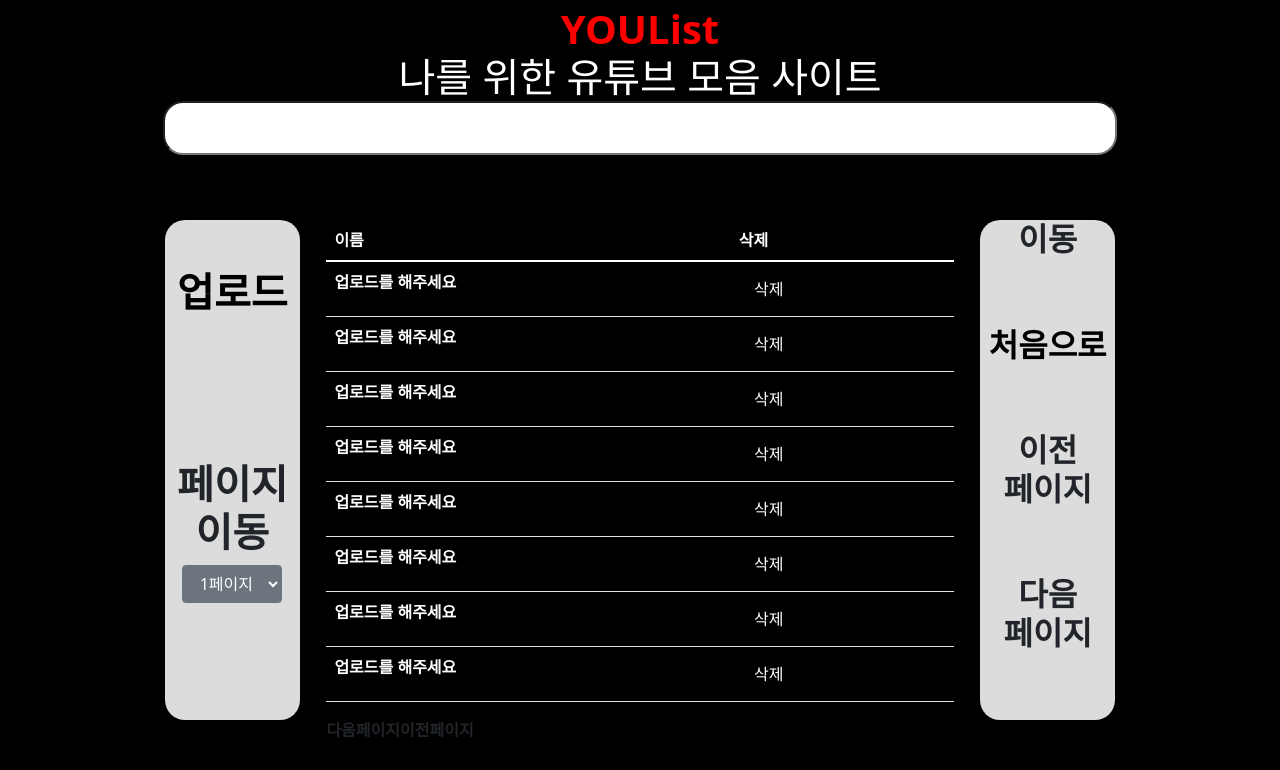
Repository: sojihwan/YouList
Page: / (app in youlist/)
The author's editor kept a copy of each file at every save. The page is drawn from the files as they stood at one save, then again after a run of saves.
The browser window is 1280 px wide. The pictures show the whole page.
The project was rebuilt for these pictures with package versions that can differ from the ones it lists, and the page was loaded fresh each time. Also part of the build but not shown: youlist/src/App.css, youlist/src/Body/View.js, youlist/src/Body/Uplode.js.

Above is the page before, as saved 2022-05-20 13:29:17.

### youlist/src/index.css
body {
  margin: 0;
  font-family: -apple-system, BlinkMacSystemFont, 'Segoe UI', 'Roboto', 'Oxygen',
    'Ubuntu', 'Cantarell', 'Fira Sans', 'Droid Sans', 'Helvetica Neue',
    sans-serif;
  -webkit-font-smoothing: antialiased;
  -moz-osx-font-smoothing: grayscale;
}

code {
  font-family: source-code-pro, Menlo, Monaco, Consolas, 'Courier New',
    monospace;
}

html{
  background-color: black;
}

### youlist/src/App.js
/* eslint-disable no-sequences */

import './App.css';
import 'bootstrap/dist/css/bootstrap.css';
import React,{useState} from 'react'
import { Route } from 'react-router';
import Header from './Header/Header'
import RightNav from './Nav/RightNav'
import Body from './Body/Body'
import View from './Body/View';
import LeftNav from './Nav//LeftNav'
import Uplode from './Body/Uplode';

function App() {
  const [value, setValue] = useState("");
  return (
    <div style={{backgroundColor:"black"}}>
      <Header></Header>
      <div style={{width:'70%',position:'absolute',top:'220',left:'15%'}}>
      <RightNav></RightNav>
      <Route path ="/View"  component={() => <View value={value}/>}/>
      <Route path ="/Uplode" component = {()=> <Uplode/>} />
      <LeftNav setValue={setValue}></LeftNav>
      <Route path ="/" component = {()=> <Body setValue={setValue}/>} exact/>
      </div>
    </div>
  );
}

export default App;

### youlist/src/Header/Header.js
import React,{useState} from 'react';
import 'bootstrap/dist/css/bootstrap.css';
import '../CSS/Div.css'

function Header (){
  const [Log, setLog] = useState('');
  const onChange = (e) => {
    setLog(e.target.value);
  };
  const handleKeyPress = e => {
    if(e.key === 'Enter') {
      setLog('');
    }
  }
    return(
      <header className='Headercss'>
        <h1 style={{textAlign:'center',color:"#ffffff"}}>
          <strong style={{color:"red"}}>YOUList</strong>
          <br/>나를 위한 유튜브 모음 사이트
          <br/>
          <input
            style={{width:"74.5%",textAlign:"center",borderRadius:"20PX"}}
            onKeyPress={handleKeyPress}
            name="select"
            onChange={onChange}
            value={Log}>
          </input>
          </h1>
      </header>
    )
  }

export default Header;

### youlist/src/Nav/RightNav.js
import React from 'react';
import 'bootstrap/dist/css/bootstrap.css';
import { Link } from 'react-router-dom';
import '../CSS/Div.css'
import '../CSS/Link.css'

function RightNav (){

  return(
    <nav className="RightNav">
      <h1 style={{textAlign:'center'}}>
        <br/>
        <Link to="/uplode"className="Link1">
        <strong>업로드</strong>
        </Link>
        <br/>
        <br/>
        <br/>
        <br/>
        <div>
          <b>페이지<br/>이동</b>
        <select className="btn btn-secondary dropdown-toggle"style={{textAlign:"center"}}>
          <option value={1}>1페이지</option>
          <option value={2}>2페이지</option>
          <option value={3}>3페이지</option>
          <option value={4}>4페이지</option>
        </select>
        </div>
        </h1>
    </nav>
  )
}
export default RightNav;

### youlist/src/Body/Body.js
import React, { useState } from 'react';
import 'bootstrap/dist/css/bootstrap.css';
import '../CSS/Div.css'
import '../CSS/Link.css'
import { Link } from 'react-router-dom';

export function Body(props) {

  let a = 0;
  let b = 1;
  let c = 2;
  let d = 3;
  let e = 4;
  let f = 5;
  let g = 6;
  let j = 7;
  const [lists, setLists] = useState([
        JSON.parse(localStorage.getItem(a)),
        JSON.parse(localStorage.getItem(b)),
        JSON.parse(localStorage.getItem(c)),
        JSON.parse(localStorage.getItem(d)),
        JSON.parse(localStorage.getItem(e)),
        JSON.parse(localStorage.getItem(f)),
        JSON.parse(localStorage.getItem(g)),
        JSON.parse(localStorage.getItem(j))
    ]);
   const [Pnum,setPNum] = useState(0);
    function beforepage(){
      if(Pnum===0 || Pnum<=0 ){
        setPNum(0)
        NaxtsetLists();
        alert('이전 페이지는 없습니다.')
        return 0;
      }
      for(let addnum=0;addnum<=Pnum-2; addnum++){
        a = a + 8;
        b = b + 8;
        c = c + 8;
        d = d + 8;
        e = e + 8;
        f = f + 8;
        g = g + 8;
        j = j + 8;
      }
      console.log(a)
      setPNum(Pnum-1)
      NaxtsetLists()
    }
    function NaxtsetLists(){
      setLists([
        JSON.parse(localStorage.getItem(a)),
        JSON.parse(localStorage.getItem(b)),
        JSON.parse(localStorage.getItem(c)),
        JSON.parse(localStorage.getItem(d)),
        JSON.parse(localStorage.getItem(e)),
        JSON.parse(localStorage.getItem(f)),
        JSON.parse(localStorage.getItem(g)),
        JSON.parse(localStorage.getItem(j))
      ]);
    }
    function nextpage(){
      setPNum(Pnum+1)
      for(let addnum=0;addnum<=Pnum; addnum++){
        a = a + 8;
        b = b + 8;
        c = c + 8;
        d = d + 8;
        e = e + 8;
        f = f + 8;
        g = g + 8;
        j = j + 8;
      }
      if(JSON.parse(localStorage.getItem(a))===null){
        alert("다음 페이지는 없습니다.");
        return 0;
      }
      console.log(a)
      NaxtsetLists()
    }

    const onRemomve = like => {
    var i = 0;
    var s
    for(i=0;i<=localStorage.length-1;i++){
      s = JSON.parse(localStorage.getItem(`${i}`));
      if(s.like === like){
        break;
      }
    }
    localStorage.removeItem(i);
  }

  return (
    <div className="Bodydiv">
      <table className="table table-striped" style={{ color: "#FFFFFF" }} name="list1" >
        <thead>
          <tr>
            <th>이름</th>
            <th>삭제</th>
          </tr>
        </thead>
        <tbody>
          {
            lists.map((item,index) => {
              return(
                <tr key={index}>
                  <td>
                    <Link to="/View" className="Link">
                      <b onClick={() =>{if(item != null){props.setValue(item.like)}}}>
                       {item===null ? '업로드를 해주세요' : item.title }
                      </b>
                    </Link>
                  </td>
                  <td><button className='btn btn-default' style={{color:'#FFFFFF',width:'60px'}} onClick={()=>{if(item !== null){onRemomve(item.like)}}}>삭제</button></td>
                </tr>
              );
            }
            )
          }
        </tbody>
      </table>

      <b onClick={nextpage}>다음</b>
      <b onClick={nextpage}>페이지</b>
      <b onClick={beforepage}>이전</b>
      <b onClick={beforepage}>페이지</b>
    </div>
  )
}

export default React.memo(Body);

### youlist/src/Nav/LeftNav.js
import React from 'react';
import 'bootstrap/dist/css/bootstrap.css';
import { Link } from 'react-router-dom';
import '../CSS/Div.css'
import '../CSS/Link.css'
import Body from '../Body/Body';

function LeftNav (props){

  return(
    <nav className="LeftNav">
      <h2 className='LeftH1'>
        <strong>이동</strong>
        <div className='LeftNavDiv'>
          <Link to="/"className="Link1"><b>처음으로</b></Link><br/>
        </div>
        <div className='LeftNavDiv'>
          <b onClick={Body.beforepage}>이전</b><br/>
          <b onClick={Body.beforepage}>페이지</b>
        </div>
        <div className='LeftNavDiv'>
          <b onClick={Body.nextpage}>다음</b><br/>
          <b onClick={Body.nextpage}>페이지</b>
        </div>
        </h2>
    </nav>
  )
}
export default LeftNav;

### youlist/src/CSS/Div.css
.Uplodediv{
  padding-left:7%;
  background:#000000;
  width:70%;
  height:550px;
  position:absolute;
  top:0px;
  left:20%;
  color:#FFFFFF
}
.Bodydiv{
  background:#000000;
  width:70%;
  height:550px;
  position:absolute;
  left:15%;
  top:0px;
}
.DIVVIEW{
  padding:5px;
  background:#000000;
  width:70%;
  height:550px;
  position:absolute;
  top:0px;
  left:15%;
}
.Headercss{
  background:#000000;
  height:220px;
  padding-top:5px;
}
.LeftNav{
  border-radius:20px;
  background:#DCDCDC;
  width:15%;
  height:500px;
  position:absolute;
  left:88%;
  top:0px;
}
.LeftH1{
  text-Align:center;
}
.RightNav{
  background:#DCDCDC;
  width:15%;
  position:absolute;
  height:500px;
  left: -3%;
  border-radius:20PX;
}

.LeftNavDiv{
  width: 100%;
  margin-top: 50%;
}

### youlist/src/CSS/Link.css
.Link{
  text-decoration:none;
  color:#FFFFFF;
}
.Link:hover{
  text-decoration:none;
  color:#FFFFFF;
}
.Link1{
  text-decoration:none;
  color:#000000;
}
.Link1:hover{
  text-decoration:none;
  color:#000000;
}

Loaded but not shown: youlist/public/index.html (common file); youlist/src/index.js (common file); youlist/src/reportWebVitals.js (common file)

After the next 9 saves:
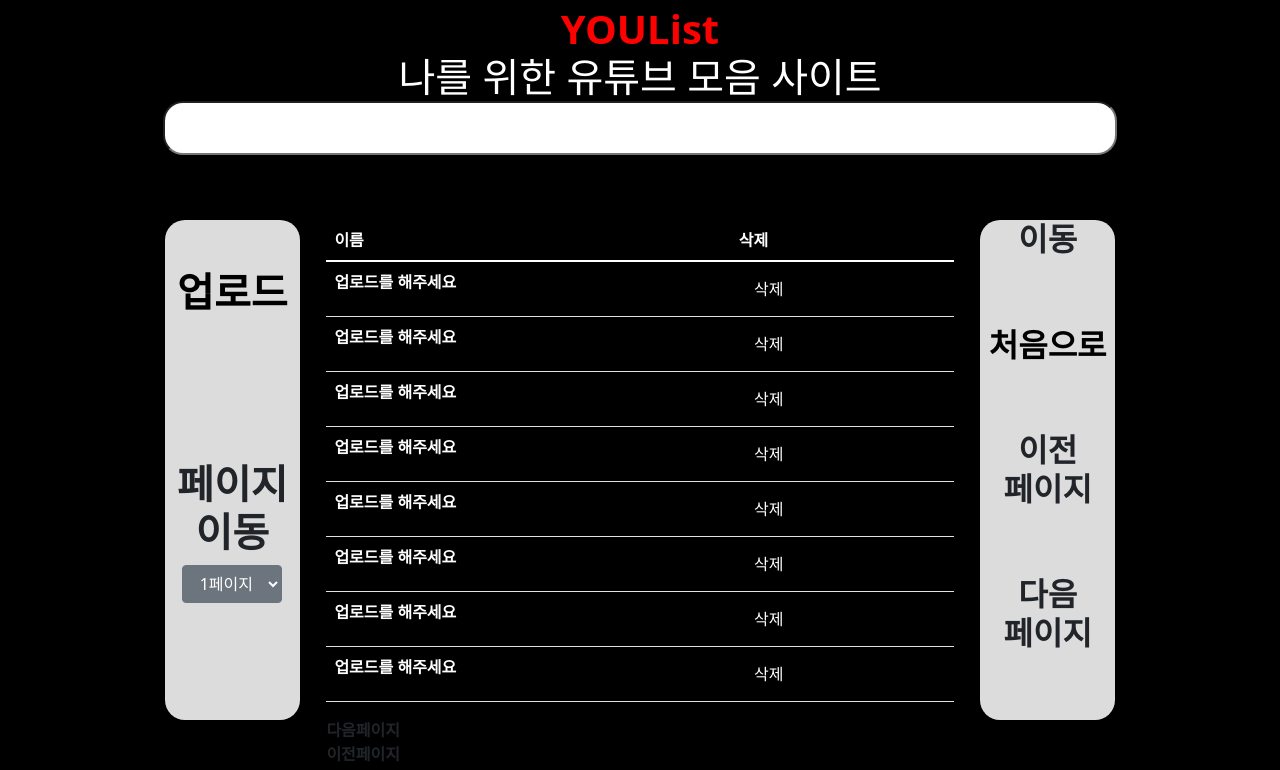
The 9 saves are shown as one change because they came seconds apart.
The last was saved 19 s later.
--- a/youlist/src/Body/Body.js
+++ b/youlist/src/Body/Body.js
@@ -119,9 +119,10 @@ export function Body(props) {
           }
         </tbody>
       </table>
-
+      <div className='N'>
       <b onClick={nextpage}>다음</b>
       <b onClick={nextpage}>페이지</b>
+      </div>
       <b onClick={beforepage}>이전</b>
       <b onClick={beforepage}>페이지</b>
     </div>
